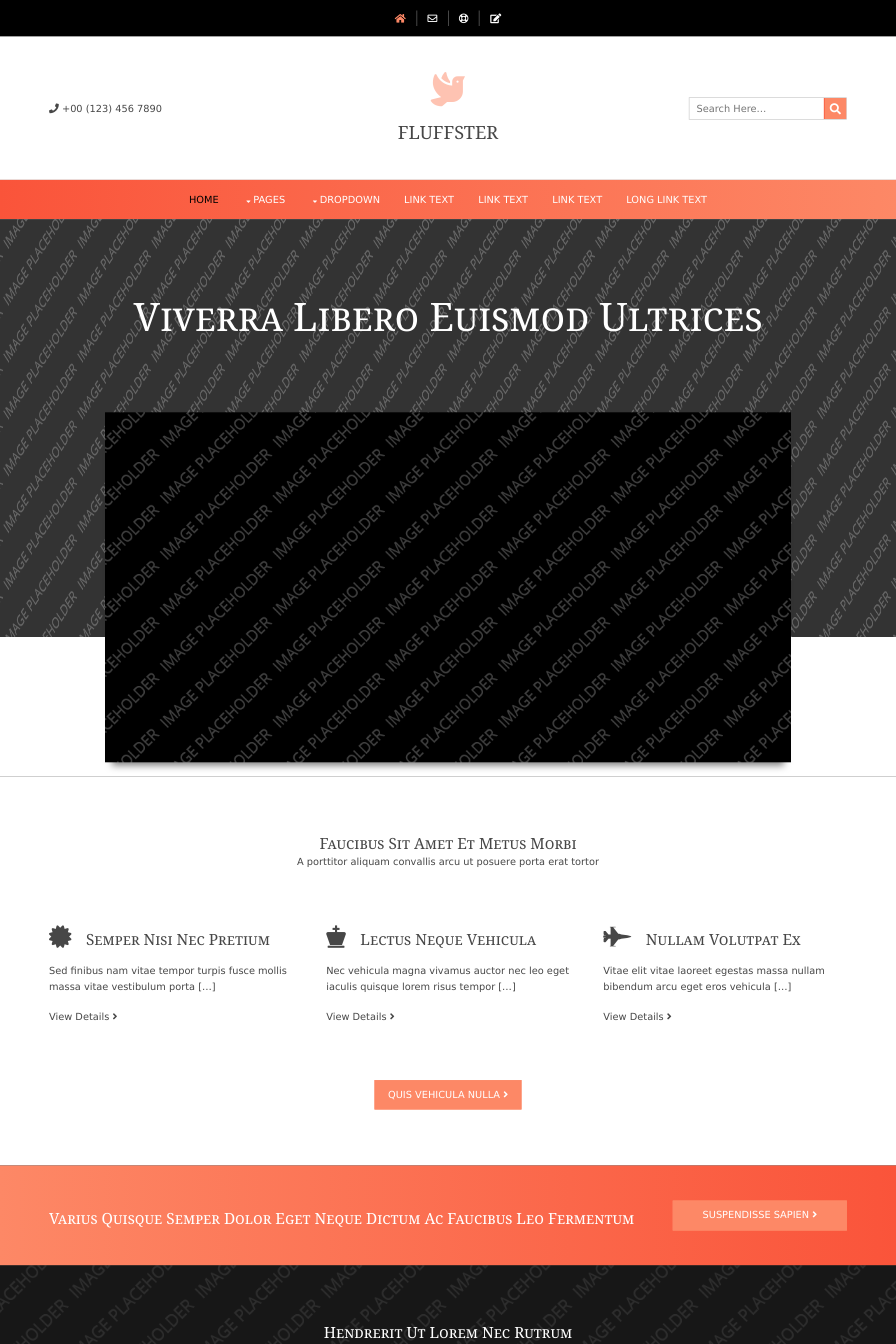
Repository: ajeytiwary/Hello-World
Page: index.html
The author's editor kept a copy of each file at every save. The page is drawn from the files as they stood at one save, then again after the next save.
The browser window is 1280 px wide. The pictures show the part of the page from y = 0 to 1920 px (the page is 4015 px tall), at 70% of full size.

Above is the page before, as saved 2020-10-24 21:51:47.

After the next save:
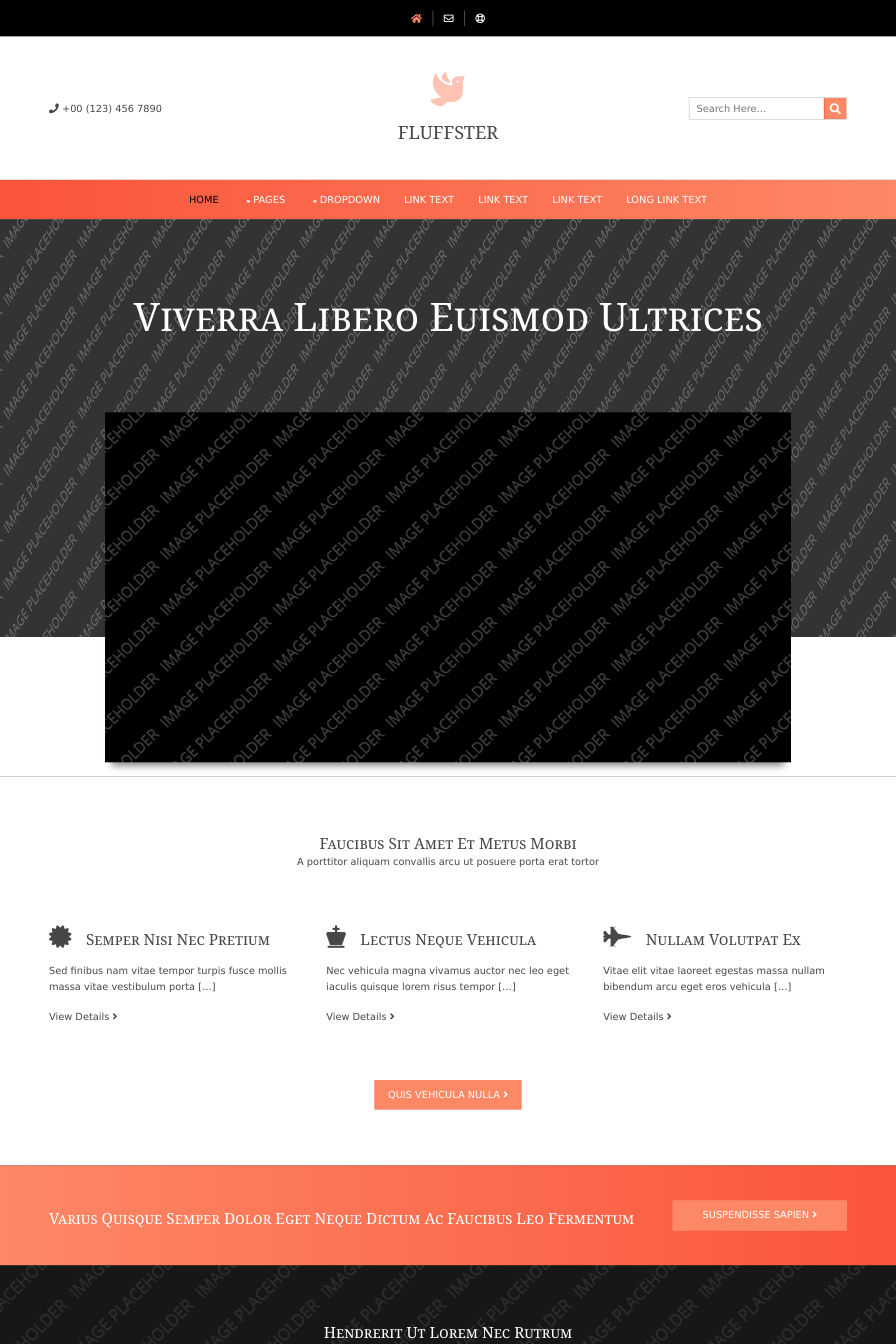
Saved 40 s later.
--- a/index.html
+++ b/index.html
@@ -27,7 +27,7 @@
       <li><a href="#" title="Send a Mail"><i class="far fa-envelope"></i></a></li>
       <li><a href="#" title="Help Centre"><i class="far fa-life-ring"></i></a></li>
       <!-- <li><a href="#" title="Login"><i class="fas fa-sign-in-alt"></i></a></li> -->
-      <li><a href="#" title="Sign Up"><i class="fas fa-edit"></i></a></li>
+      <!-- <li><a href="#" title="Sign Up"><i class="fas fa-edit"></i></a></li> -->
     </ul>
     <!-- ################################################################################################ -->
   </div>
